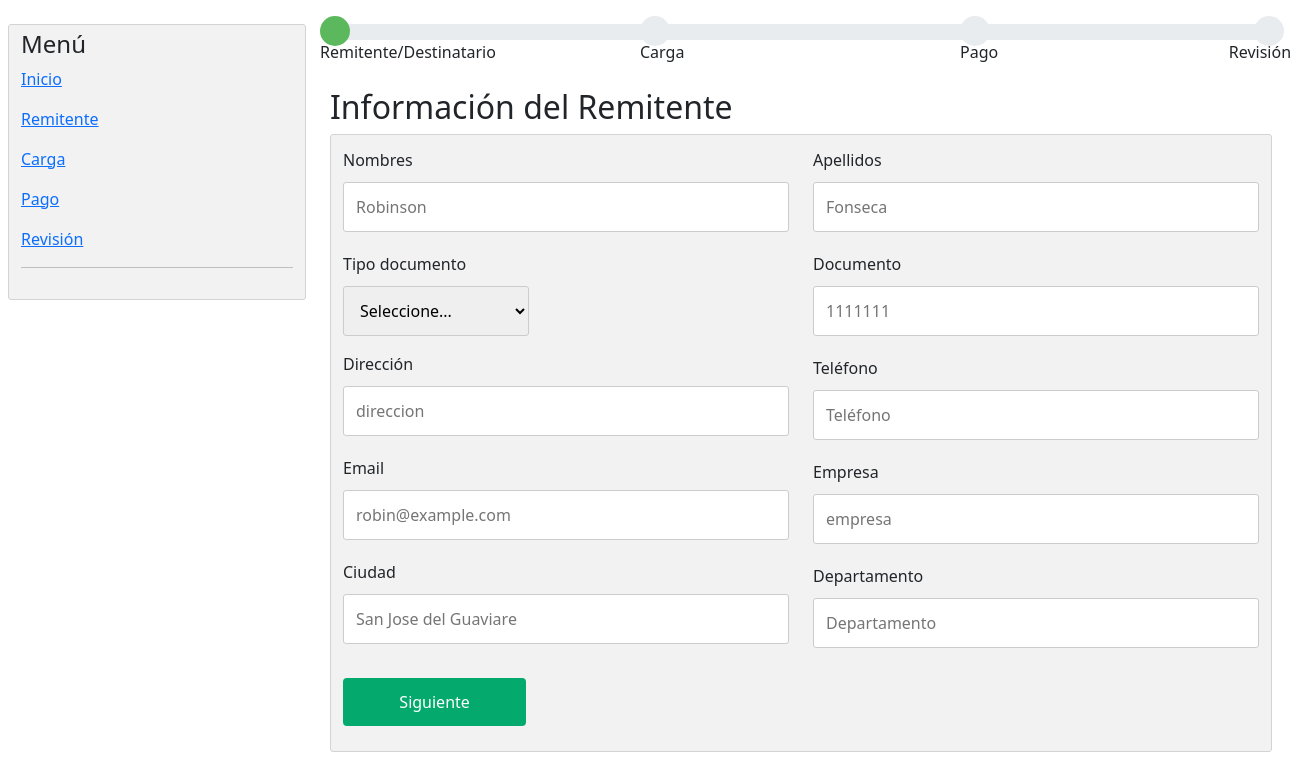
Repository: SennovaFluvial/Trasnfluvial
Page: appFluvial/templates/card1.html
The author's editor kept a copy of each file at every save. The page is drawn from the files as they stood at one save, then again after the next save.
The browser window is 1280 px wide. The page is 1291 px wide, so the pictures cover 1291 px, including what lies to the right of the window. The pictures show the whole page.
The template is drawn by Django 3.2. The application's start-up code is not run. Other server files are loaded and not shown. The template is opened directly, without the code that normally fills it, so the values that code supplies are empty.

Above is the page before, as saved 2023-10-19 00:04:33.

### appFluvial/templates/card1.html
<!DOCTYPE html>
<html>
<head>
<meta name="viewport" content="width=device-width, initial-scale=1">
<!--link rel="stylesheet" href="https://cdnjs.cloudflare.com/ajax/libs/font-awesome/4.7.0/css/font-awesome.min.css"-->
<style>
body {
  font-family: Arial;
  font-size: 17px;
  padding: 8px;
}

* {
  box-sizing: border-box;
}

.row {
  display: -ms-flexbox; /* IE10 */
  display: flex;
  -ms-flex-wrap: wrap; /* IE10 */
  flex-wrap: wrap;
  margin: 0 -16px;
}

.col-25 {
  -ms-flex: 25%; /* IE10 */
  flex: 25%;
}

.col-50 {
  -ms-flex: 50%; /* IE10 */
  flex: 50%;
}

.col-75 {
  -ms-flex: 75%; /* IE10 */
  flex: 75%;
}

.col-25,
.col-50,
.col-75 {
  padding: 0 16px;
}

.container {
  background-color: #f2f2f2;
  padding: 5px 20px 15px 20px;
  border: 1px solid lightgrey;
  border-radius: 3px;
}

input[type=text], select {
  width: 100%;
  margin-bottom: 20px;
  padding: 12px;
  border: 1px solid #ccc;
  border-radius: 3px;
}

input[type=submit] {
  background-color: #04AA6D;
  color: white;
  padding: 12px 20px;
  border: none;
  border-radius: 4px;
  cursor: pointer;
}

input[type=submit]:hover {
  background-color: #45a049;
}

label {
  margin-bottom: 10px;
  display: block;
}

.icon-container {
  margin-bottom: 20px;
  padding: 7px 0;
  font-size: 24px;
}

.btn {
  background-color: #04AA6D;
  color: white;
  padding: 12px;
  margin: 10px 0;
  border: none;
  width: 20%;
  border-radius: 3px;
  cursor: pointer;
  font-size: 17px;
}

.btn:hover {
  background-color: #45a049;
}

a {
  color: #2196F3;
}

hr {
  border: 1px solid lightgrey;
}

span.price {
  float: right;
  color: grey;
}

/* Responsive layout - when the screen is less than 800px wide, make the two columns stack on top of each other instead of next to each other (also change the direction - make the "cart" column go on top) */
@media (max-width: 800px) {
  .row {
    flex-direction: column-reverse;
  }
  .col-25 {
    margin-bottom: 20px;
  }
}

</style>
<style>
  .one, .two, .three, .four{
    position:absolute;
    margin-top: -8px;
    z-index:1;
    height:30px;
    width:30px;
    border-radius:20px;
}
.one{
	left:25%;
}
.two{
	left:50%;
}
.three{
	left:75%;
}
.four{
	left:98%;
}
.primary-color{
	background-color:#4989bd;
}
.success-color{
	background-color:#5cb85c;
}
.info-color{
	background-color:#5bc0de;
}
.no-color{
	background-color:inherit;
}

</style>

<link rel="stylesheet" href="https://cdn.jsdelivr.net/npm/bootstrap@5.2.3/dist/css/bootstrap.min.css" integrity="sha384-rbsA2VBKQhggwzxH7pPCaAqO46MgnOM80zW1RWuH61DGLwZJEdK2Kadq2F9CUG65" crossorigin="anonymous">
<script src="https://cdn.jsdelivr.net/npm/bootstrap@5.2.3/dist/js/bootstrap.min.js" integrity="sha384-cuYeSxntonz0PPNlHhBs68uyIAVpIIOZZ5JqeqvYYIcEL727kskC66kF92t6Xl2V" crossorigin="anonymous"></script>

</head>
<body>

<p></p>
<div class="row">

  <div class="col-25">

    <div class="container">
      <h4>Menú <span class="price" style="color:black"><i class="fa fa-shopping-cart"></i> <b></b></span></h4>
      <p><a href="../../">Inicio</a> <span class="price"> </span></p>
      <p><a href="../../card/1/remitente">Remitente</a> <span class="price">  </span></p>
      <p><a href="../../card/1/carga">Carga</a> <span class="price"> </span></p>
      <p><a href="../../card/1/pago">Pago</a> <span class="price"> </span></p>
      <p><a href="../../card/1/revision">Revisión</a> <span class="price"> </span></p>
      <hr>
      <!--p>Total <span class="price" style="color:black"><b>$30</b></span></p-->
    </div>
  </div>


  <div class="col-75">
    <!--  ****************************************BEGIN************************************************ -->
    <div class="container_">
      <div class="row"><br />
        <div class="col-md-12">
        <div class="progress">
            <div class="one success-color"></div>
            <div class="two no-color"></div>
            <div class="three no-color"></div>
            <div class="four no-color"></div>
            <div class="progress-bar progress-bar-success" style="width: 0%"></div>
        </div>
        <br>
        <label for="one" style="position: absolute; top: 30px; left: 25%; z-index: 1; margin-top: 10px;">Remitente/Destinatario</label>
        <label for="two" style="position: absolute; top: 30px; left: 50%; z-index: 1; margin-top: 10px;">Carga</label>
        <label for="three" style="position: absolute; top: 30px; left: 75%; z-index: 1; margin-top: 10px;">Pago</label>
        <label for="four" style="position: absolute; top: 30px; left: 96%; z-index: 1; margin-top: 10px;">Revisión</label>

      </div>
      </div>
    </div>
    <br>
    <!-- -*****************************************END**********************************************-->

    <h2>Información del Remitente</h2>
    <div class="container">
      <form method="post">
        {% csrf_token %}
        <div class="row">
          <div class="col-50">
            <h3>  </h3>
            <label for="fname"><i class="fa fa-user"></i> Nombres</label>
            <input type="text" id="fname" name="fname" placeholder="Robinson" required="">
            <div class="col-md-5 mb-3">
                <label for="tipodocumento">Tipo documento</label>
                <select class="custom-select d-block w-100" id="tipodocumento" name="tipodocumento" required="">
                  <option value="">Seleccione...</option>
                  <option>CC</option>
                  <option>CE</option>
                  <option>Pasaporte</option>
                </select>
            </div>

            <label for="adr"><i class="fa fa-address-card-o"></i> Dirección</label>
            <input type="text" id="adr" name="address" placeholder="direccion">
            <label for="email"><i class="fa fa-envelope"></i> Email</label>
            <input type="text" id="email" name="email" placeholder="robin@example.com">
            <label for="city"><i class="fa fa-institution"></i> Ciudad</label>
            <input type="text" id="city" name="city" placeholder="San Jose del Guaviare">

          </div>

          <div class="col-50">
            <h3>  </h3>
            <label for="apellidos">Apellidos</label>
            <input type="text" id="apellidos" name="apellidos" placeholder="Fonseca">
            <label for="documento">Documento</label>
            <input type="text" id="documento" name="documento" placeholder="1111111">
            <label for="telefono">Teléfono</label>
            <input type="text" id="telefono" name="telefono" placeholder="Teléfono">
            <label for="empresa">Empresa</label>
            <input type="text" id="empresa" name="empresa" placeholder="empresa">
            <label for="dep">Departamento</label>
            <input type="text" id="dep" name="departamento" placeholder="Departamento">


          </div>

        </div>


        <input type="submit" value="Siguiente" class="btn">
      </form>
    </div>
  </div>


</div>

</body>
</html>

After the next save:
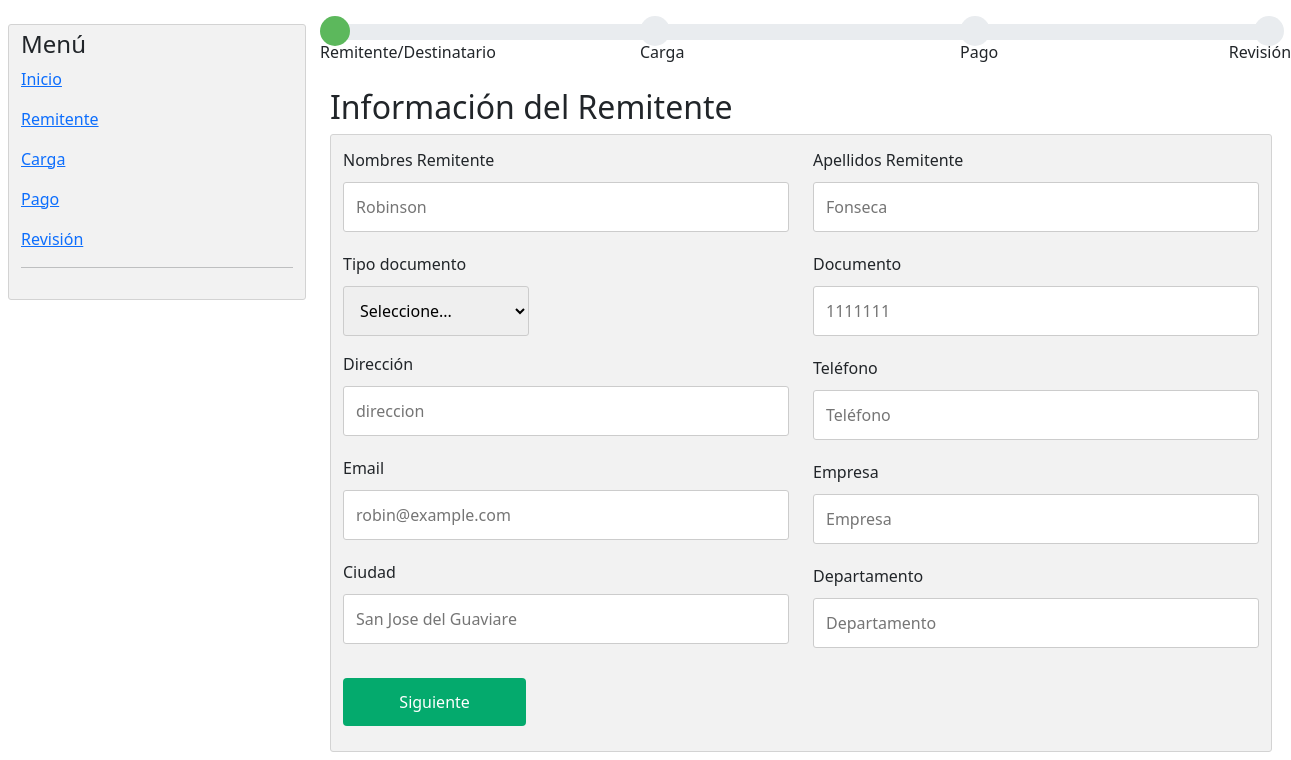
Saved 1 s later.
--- a/appFluvial/templates/card1.html
+++ b/appFluvial/templates/card1.html
@@ -213,7 +213,7 @@ span.price {
         <div class="row">
           <div class="col-50">
             <h3>  </h3>
-            <label for="fname"><i class="fa fa-user"></i> Nombres</label>
+            <label for="fname"><i class="fa fa-user"></i> Nombres Remitente</label>
             <input type="text" id="fname" name="fname" placeholder="Robinson" required="">
             <div class="col-md-5 mb-3">
                 <label for="tipodocumento">Tipo documento</label>
@@ -236,16 +236,16 @@ span.price {
 
           <div class="col-50">
             <h3>  </h3>
-            <label for="apellidos">Apellidos</label>
+            <label for="apellidos">Apellidos Remitente</label>
             <input type="text" id="apellidos" name="apellidos" placeholder="Fonseca">
             <label for="documento">Documento</label>
             <input type="text" id="documento" name="documento" placeholder="1111111">
             <label for="telefono">Teléfono</label>
             <input type="text" id="telefono" name="telefono" placeholder="Teléfono">
             <label for="empresa">Empresa</label>
-            <input type="text" id="empresa" name="empresa" placeholder="empresa">
+            <input type="text" id="empresa" name="empresa" placeholder="Empresa">
             <label for="dep">Departamento</label>
-            <input type="text" id="dep" name="departamento" placeholder="Departamento">
+            <input type="text" id="dep" name="dep" placeholder="Departamento">
 
 
           </div>
